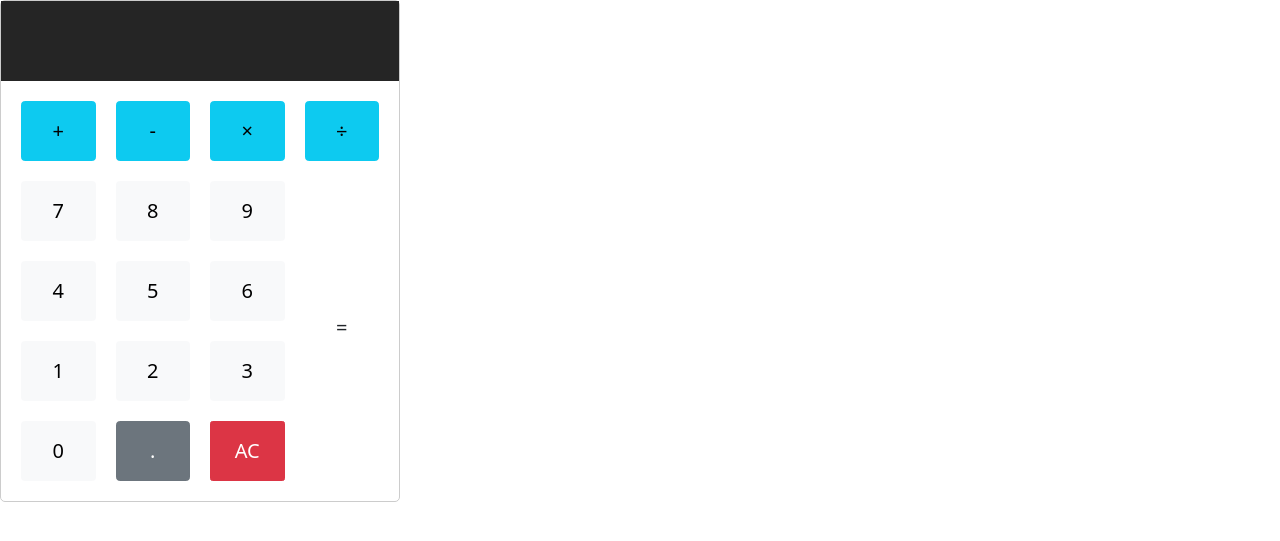
Repository: bzorufchi/tamrin-javascript
Page: Calculator .html
The author's editor kept a copy of each file at every save. The page is drawn from the files as they stood at one save, then again after the next save.
The browser window is 1280 px wide. The pictures show the whole page.

Above is the page before, as saved 2024-01-06 11:32:01.

### Calculator .html
<!DOCTYPE html>
<html lang="en">
<head>
    <meta charset="UTF-8">
    <meta name="viewport" content="width=device-width, initial-scale=1.0">
    <title>Document</title>
    <link href="./Calculator .js" rel="stylesheet">
    <link href="https://cdn.jsdelivr.net/npm/bootstrap@5.3.2/dist/css/bootstrap.min.css" rel="stylesheet" integrity="sha384-T3c6CoIi6uLrA9TneNEoa7RxnatzjcDSCmG1MXxSR1GAsXEV/Dwwykc2MPK8M2HN" crossorigin="anonymous">
    <script src="https://cdn.jsdelivr.net/npm/bootstrap@5.3.2/dist/js/bootstrap.bundle.min.js" integrity="sha384-C6RzsynM9kWDrMNeT87bh95OGNyZPhcTNXj1NW7RuBCsyN/o0jlpcV8Qyq46cDfL" crossorigin="anonymous"></script>
    <style>
        html {
  font-size: 62.5%;
  box-sizing: border-box;
}

*,
*::before,
*::after {
  margin: 0;
  padding: 0;
  box-sizing: inherit;
}

.calculator {
  border: 1px solid #ccc;
  border-radius: 5px;
  width: 400px;
}

.calculator-screen {
  width: 100%;
  height: 80px;
  border: none;
  background-color: #252525;
  color: #fff;
  text-align: right;
  padding-right: 20px;
  padding-left: 10px;
  font-size: 4rem;
}

button {
  height: 60px;
  font-size: 2rem!important;
}

.equal-sign {
  height: 98%;
  grid-area: 2 / 4 / 6 / 5;
}

.calculator-keys {
  display: grid;
  grid-template-columns: repeat(4, 1fr);
  grid-gap: 20px;
  padding: 20px;
}
    </style>
</head>
<body>
    <div class="calculator card">

        <input type="text" class="calculator-screen z-depth-1" value="" disabled />

        <div class="calculator-keys">

          <button type="button" class="operator btn btn-info" value="+">+</button>
          <button type="button" class="operator btn btn-info" value="-">-</button>
          <button type="button" class="operator btn btn-info" value="*">&times;</button>
          <button type="button" class="operator btn btn-info" value="/">&divide;</button>

          <button type="button" value="7" class="btn btn-light waves-effect">7</button>
          <button type="button" value="8" class="btn btn-light waves-effect">8</button>
          <button type="button" value="9" class="btn btn-light waves-effect">9</button>


          <button type="button" value="4" class="btn btn-light waves-effect">4</button>
          <button type="button" value="5" class="btn btn-light waves-effect">5</button>
          <button type="button" value="6" class="btn btn-light waves-effect">6</button>


          <button type="button" value="1" class="btn btn-light waves-effect">1</button>
          <button type="button" value="2" class="btn btn-light waves-effect">2</button>
          <button type="button" value="3" class="btn btn-light waves-effect">3</button>


          <button type="button" value="0" class="btn btn-light waves-effect">0</button>
          <button type="button" class="decimal function btn btn-secondary" value=".">.</button>
          <button type="button" class="all-clear function btn btn-danger btn-sm" value="all-clear">AC</button>

          <button type="button" class="equal-sign operator btn btn-default bg" value="=">=</button>

        </div>
      </div>
</body>
</html>

### Calculator .js
var arr=[10,5,7]
var r=[]
Calculator(arr)
console.log(r)
function Calculator(arr){
for (let i = 0; i < arr.length; i++) {
  r[i]=(arr[i])
}
}
function add(){

}
function subtract(){

}
function divide(){

}

After the next save:
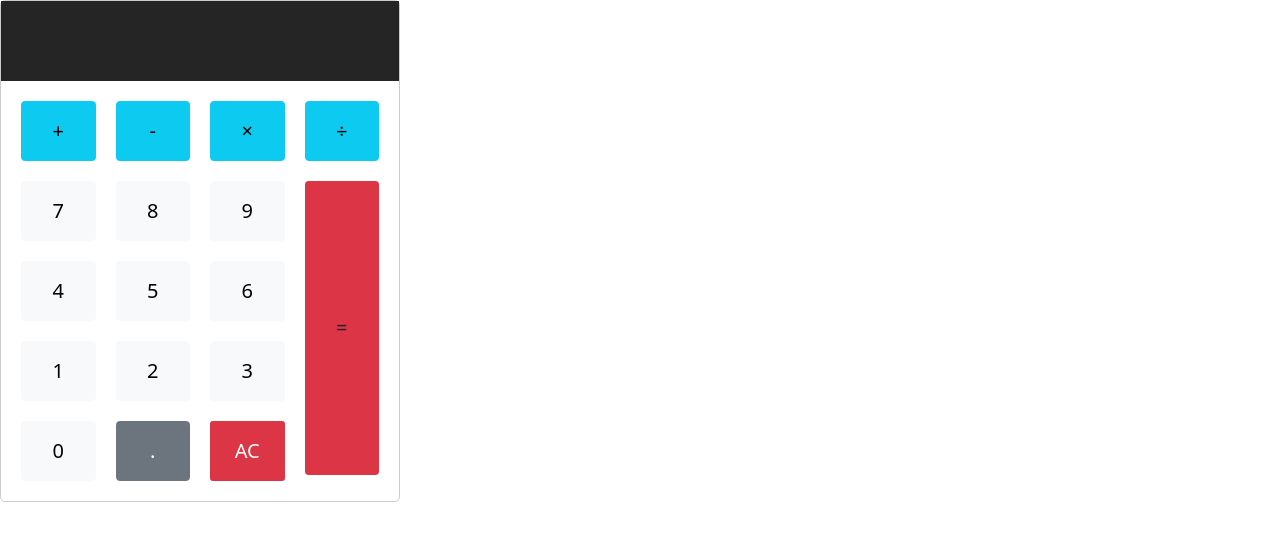
Saved 5 s later.
--- a/Calculator .html
+++ b/Calculator .html
@@ -88,7 +88,7 @@ button {
           <button type="button" class="decimal function btn btn-secondary" value=".">.</button>
           <button type="button" class="all-clear function btn btn-danger btn-sm" value="all-clear">AC</button>
 
-          <button type="button" class="equal-sign operator btn btn-default bg" value="=">=</button>
+          <button type="button" class="equal-sign operator btn btn-default bg-danger" value="=">=</button>
 
         </div>
       </div>
